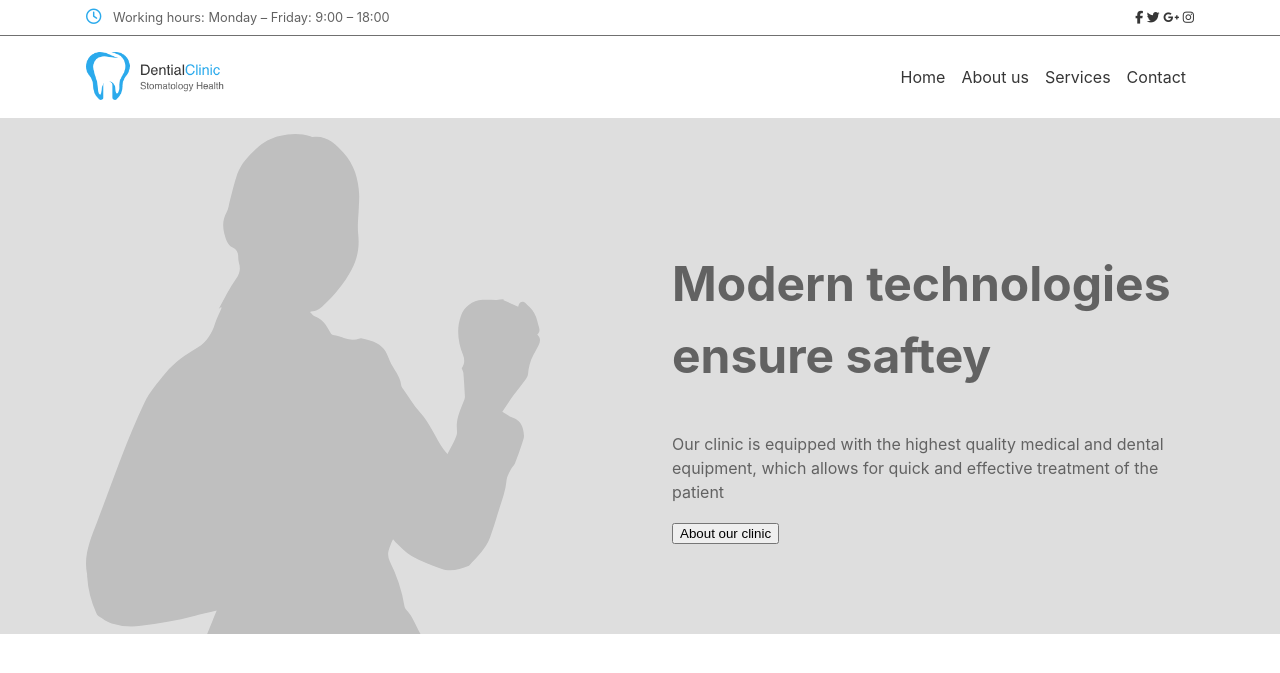
Repository: skepp4rn/uppgift1
Page: index.html
An editor plug-in stored every save of this project. The page is shown before and after the next save, followed by the edit.
The browser window is 1280 px wide. The pictures show the whole page.
Some web libraries are served in a nearby version.

Above is the page before, as saved 2020-11-18 20:41:04.

After the next save:
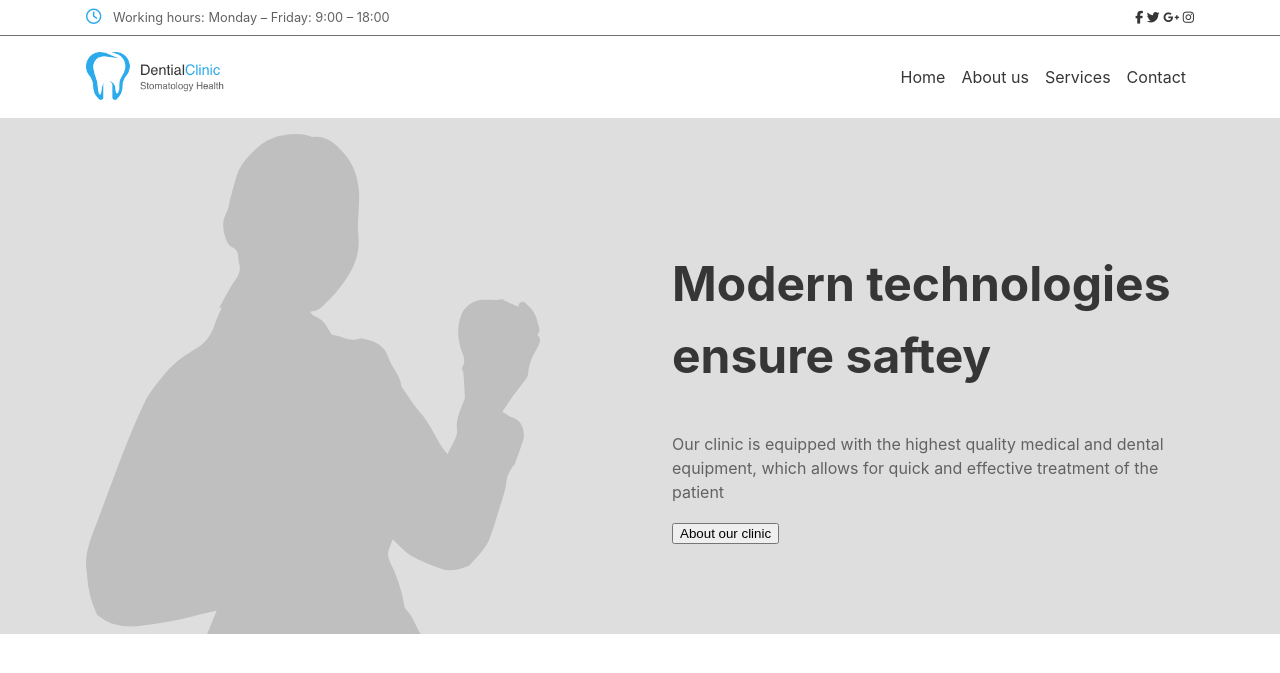
Saved 5 s later.
--- a/style.css
+++ b/style.css
@@ -140,7 +140,7 @@ a:hover {
 
 .showcase-content-box .showcase-content h1 {
     font-size: 48px;
-    color #363636;
+    color: #363636;
 }
 
 
